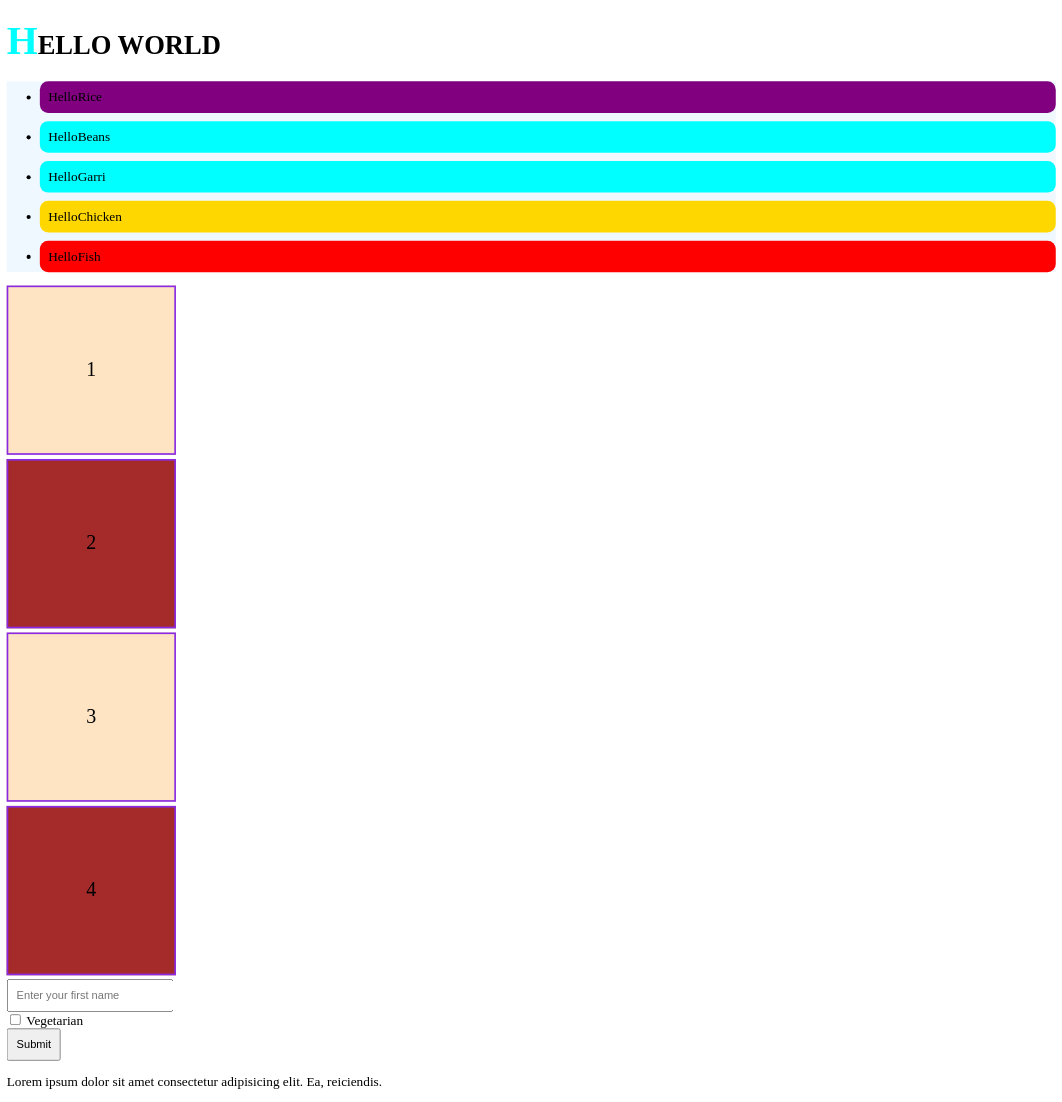
Repository: latenightsnacc/HTML-LESSONS
Page: WEB-DESIGN-2/lessons/pseudoClasses.html
The author's editor kept a copy of each file at every save. The page is drawn from the files as they stood at one save, then again after the next save.
The browser window is 1280 px wide. The pictures show the whole page, at 83% of full size.

Above is the page before, as saved 2021-09-28 12:39:31.

After the next save:
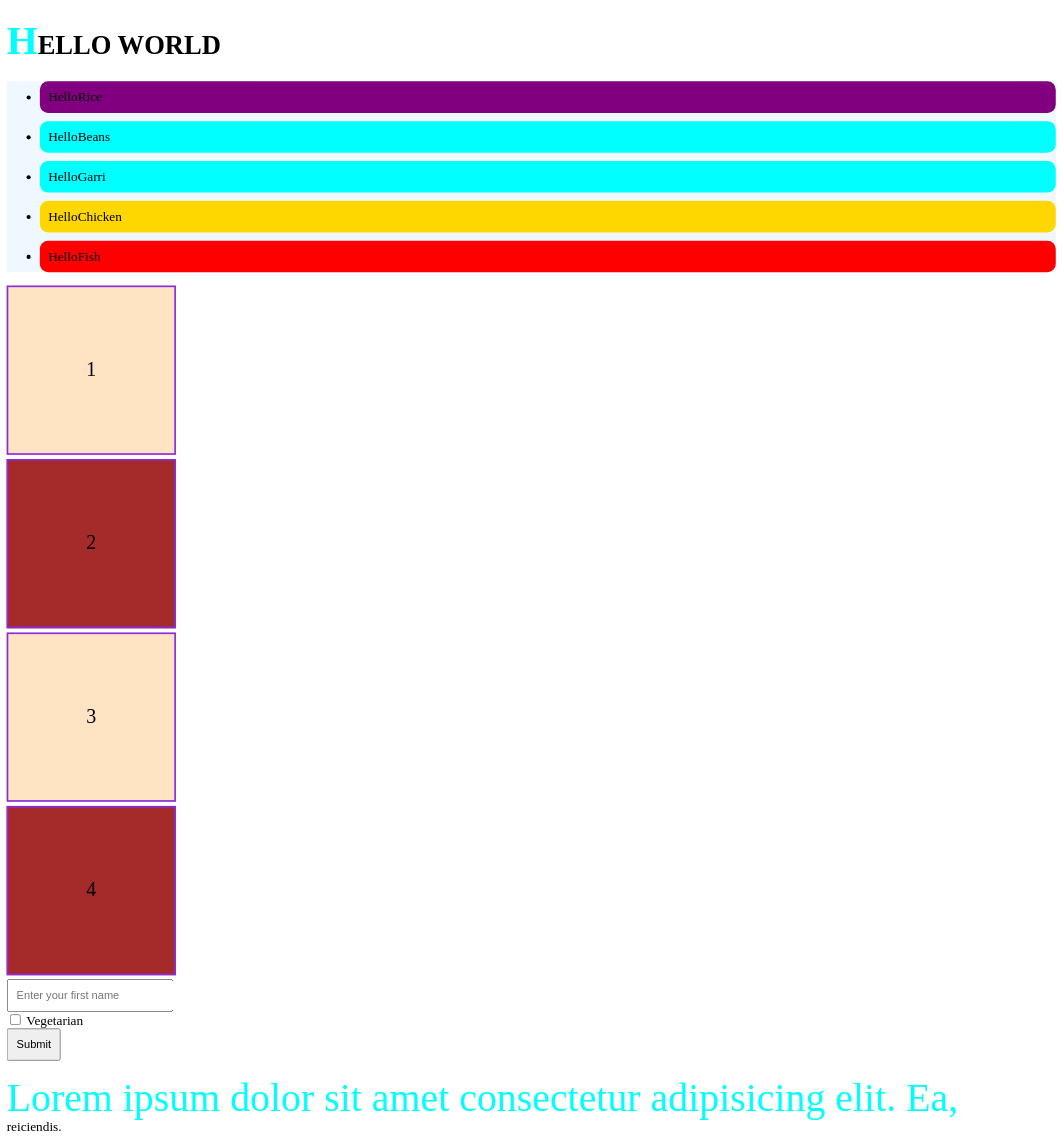
Saved 28 s later.
--- a/WEB-DESIGN-2/lessons/pseudoClasses.html
+++ b/WEB-DESIGN-2/lessons/pseudoClasses.html
@@ -72,6 +72,11 @@
             font-size: 48px;
 
         }
+        .text::first-line {
+            color: aqua;
+            font-size: 48px;
+
+        }
 
     </style>
 </head>
@@ -96,6 +101,6 @@
         <label for="vegetarian">Vegetarian</label>
         <input class="input" type="button" value="Submit"/>
     </form>
-    <p>Lorem ipsum dolor sit amet consectetur adipisicing elit. Ea, reiciendis.</p>
+    <p class="text">Lorem ipsum dolor sit amet consectetur adipisicing elit. Ea, reiciendis.</p>
 </body>
 </html>
